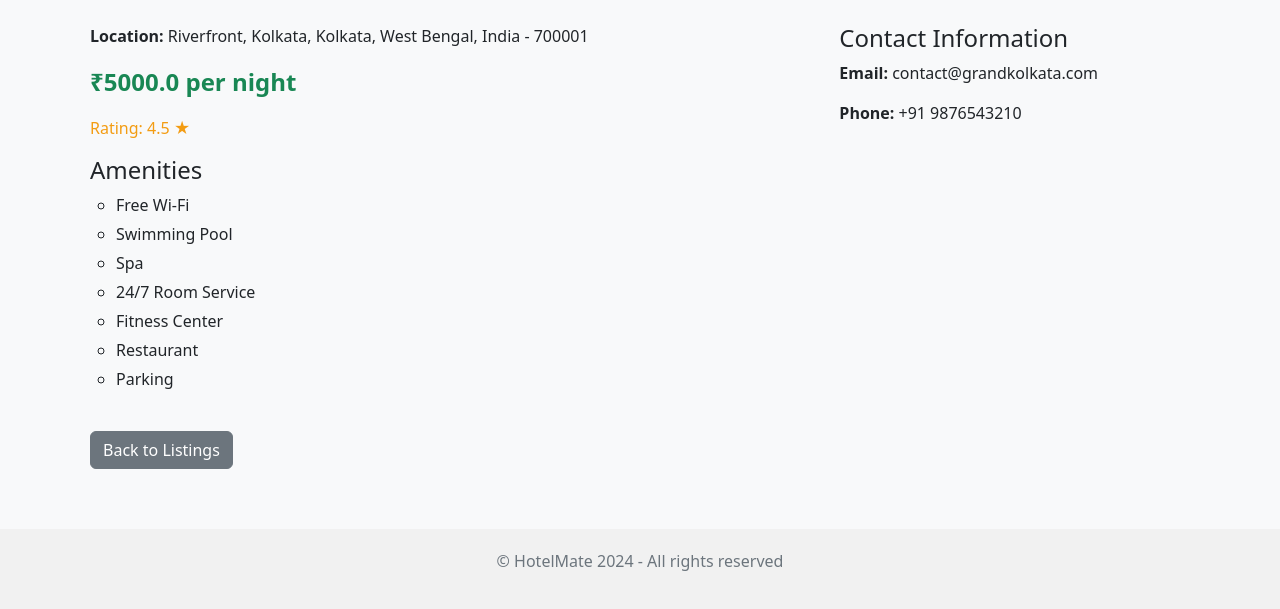
Repository: himanshu2k23/HoteMate
Page: http://localhost/HotelMate/details.jsp
The author's editor kept a copy of each file at every save. The page is drawn from the files as they stood at one save, then again after the next save.
The browser window is 1280 px wide. The pictures show the part of the page from y = 706 to 1339 px (the page is 1315 px tall before and 1339 px after).
The page is served by Tomcat 10. Other server files are loaded and not shown.

Above is the page before, as saved 2025-01-13 19:04:44.

### HotelMate/src/main/webapp/details.jsp
<%@ page contentType="text/html;charset=UTF-8" language="java"%>
<!DOCTYPE html>
<html lang="en">
<head>
<meta charset="UTF-8">
<meta name="viewport" content="width=device-width, initial-scale=1.0">
<title>Hotel Details - HotelMate</title>
<!-- Bootstrap CSS -->
<link
	href="https://cdn.jsdelivr.net/npm/bootstrap@5.3.0/dist/css/bootstrap.min.css"
	rel="stylesheet">
<style>
body {
	background-color: #f8f9fa;
}

.hotel-details-container {
	margin-top: 100px;
	margin-bottom: 40px;
	padding: 20px;
}

.price {
	font-size: 1.5rem;
	font-weight: bold;
	color: #198754;
}

.rating {
	color: #f39c12;
}

.amenities-list {
	margin-left: 26px;
	list-style-type: circle;
	padding: 0;
}

.amenities-list li {
	margin-bottom: 5px;
}

.carousel-item img {
	height: 500px;
	object-fit: cover;
	border-radius: 15px;
}
</style>
</head>
<body>

	<!-- Navbar -->
	<%@ include file="/Components/navbar.jsp"%>
	<%
	// Sample hotel data
	String name = "The Grand Kolkata";
	String description = "A luxurious five-star hotel offering breathtaking views of the river and world-class amenities.";
	String location = "Riverfront, Kolkata";
	String city = "Kolkata";
	String state = "West Bengal";
	String country = "India";
	String zipCode = "700001";
	double pricePerNight = 5000.0;
	float rating = 4.5f;
	String amenities = "Free Wi-Fi, Swimming Pool, Spa, 24/7 Room Service, Fitness Center, Restaurant, Parking";
	String contactEmail = "contact@grandkolkata.com";
	String contactPhone = "+91 9876543210";
	String images = "https://picsum.photos/400/300?random=1, https://picsum.photos/400/300?random=7, https://picsum.photos/400/300?random=8";

	// Split image URLs into an array
	String[] imageUrls = images.split(",");
	%>

	<div class="container hotel-details-container">
		<h2><%=name%></h2>
		<p><%=description%></p>


		<!-- Carousel for Images -->
		<div id="carousel49" class="carousel slide" data-bs-ride="carousel">
			<div class="carousel-inner">
				<%
				for (int i = 0; i < imageUrls.length; i++) {
					String image = imageUrls[i].trim();
				%>
				<div class="carousel-item <%=(i == 0) ? "active" : ""%>">
					<img src="<%=image%>" class="d-block w-100" alt="<%=name%>">
				</div>
				<%
				}
				%>
			</div>
			<%
			if (imageUrls.length > 1) {
			%>
			<button class="carousel-control-prev" type="button"
				data-bs-target="#carousel49" data-bs-slide="prev">
				<span class="carousel-control-prev-icon" aria-hidden="true"></span>
				<span class="visually-hidden">Previous</span>
			</button>
			<button class="carousel-control-next" type="button"
				data-bs-target="#carousel49" data-bs-slide="next">
				<span class="carousel-control-next-icon" aria-hidden="true"></span>
				<span class="visually-hidden">Next</span>
			</button>
			<%
			}
			%>
		</div>

		<!-- Hotel Information -->
		<div class="row mt-4">
			<div class="col-md-8">

				<p>
					<strong>Location:</strong>
					<%=location%>,
					<%=city%>,
					<%=state%>,
					<%=country%>
					-
					<%=zipCode%></p>
				<p class="price">
					₹<%=pricePerNight%>
					per night
				</p>
				<p class="rating">
					Rating:
					<%=rating%>
					★
				</p>

				<h4>Amenities</h4>
				<ul class="amenities-list">
					<%
					String[] amenitiesList = amenities.split(",");
					for (String amenity : amenitiesList) {
						amenity = amenity.trim();
					%>
					<li><%=amenity%></li>
					<%
					}
					%>
				</ul>
			</div>

			<div class="col-md-4">
				<h4>Contact Information</h4>
				<p>
					<strong>Email:</strong>
					<%=contactEmail%></p>
				<p>
					<strong>Phone:</strong>
					<%=contactPhone%></p>
			</div>
		</div>

		<a href="hotelList.jsp" class="btn btn-secondary mt-4">Back to
			Listings</a>
	</div>

	<!-- Footer -->
	<%@ include file="/Components/footer.jsp"%>

	<!-- Bootstrap JS (Popper.js included) -->
	<script
		src="https://cdn.jsdelivr.net/npm/@popperjs/core@2.11.7/dist/umd/popper.min.js"></script>
	<script
		src="https://cdn.jsdelivr.net/npm/bootstrap@5.3.0/dist/js/bootstrap.min.js"></script>
</body>
</html>

### HotelMate/src/main/webapp/Components/navbar.jsp
<nav class="navbar navbar-expand-lg"
	style="background-color: #343a40; border-radius: 15px; padding: 10px 20px; box-shadow: 0px 4px 12px rgba(0, 0, 0, 0.2); margin: 10px; position: fixed; top: 0px; width: calc(100% - 20px); z-index: 1000;">
	<div class="container-fluid">
		<!-- Logo and Brand Name -->
		<a class="navbar-brand text-light d-flex align-items-center"
			href="index.jsp"> <img
			src="http://localhost:8080/HotelMate/Images/HotelmateLogo.png"
			alt="Logo" width="80" height="60"
			class="d-inline-block align-text-top"> <span
			class="nav-link text-light active">HotelMate</span>
		</a>

		<!-- Toggler button for smaller screens -->
		<button class="navbar-toggler" type="button" data-bs-toggle="collapse"
			data-bs-target="#navbarNav" aria-controls="navbarNav"
			aria-expanded="false" aria-label="Toggle navigation"
			style="border-color: #f8f9fa;">
			<span class="navbar-toggler-icon" style="color: #f8f9fa;"></span>
		</button>

		<!-- Navbar Links -->
		<div class="collapse navbar-collapse" id="navbarNav">

			<script>
				// Scroll functionality
				function scrollToFeatures(event) {
					event.preventDefault();
					localStorage.setItem('scrollToFeatures', 'true');
					window.location.href = "index.jsp";
				}

				function scrollToContact(event) {
					event.preventDefault();
					localStorage.setItem('scrollToContact', 'true');
					window.location.href = "index.jsp";
				}

				// Logic to dynamically toggle login/logout
				window.addEventListener('DOMContentLoaded', () => {
					const navRight = document.querySelector('.navbar-nav.ms-auto');
					navRight.innerHTML = ''; // Clear the default buttons

					if (localStorage.getItem('HasLoggedIn') === 'true') {
						// Show dropdown if logged in
						navRight.innerHTML = `
							<li class="nav-item dropdown">
							<a class="nav-link dropdown-toggle text-light" href="#" id="userDropdown" role="button"
							data-bs-toggle="dropdown" aria-expanded="false">
							<i class="bi bi-person-circle" style="font-size: 2rem;"></i>
						</a>

								<ul class="dropdown-menu dropdown-menu-end" aria-labelledby="userDropdown">
									<li><a class="dropdown-item" href="mybookings.jsp">My Bookings</a></li>
									<li><hr class="dropdown-divider"></li>
									<li><a class="dropdown-item" href="#" onclick="logout()">Logout</a></li>
								</ul>
							</li>
						`;
					} else {
						// Show login and signup if not logged in
						navRight.innerHTML = `
							<li class="nav-item"><a class="nav-link login-btn" href="login.jsp">Login</a></li>
							<li class="nav-item"><a class="nav-link signup-btn" href="signup.jsp">Sign Up</a></li>
						`;
					}
				});

				// Logout function
				function logout() {
					localStorage.removeItem('HasLoggedIn');
					window.location.href = 'index.jsp';
				}
			</script>

			<ul class="navbar-nav me-auto">
				<li class="nav-item"><a
					class="nav-link text-light active hover-effect" aria-current="page"
					href="index.jsp">Home</a></li>
				<li class="nav-item"><a
					class="nav-link text-light hover-effect" href="#"
					onclick="scrollToFeatures(event)">Features</a></li>
				<li class="nav-item"><a
					class="nav-link text-light hover-effect" href="HotelDataServlet">Hotels</a></li>
				<li class="nav-item"><a
					class="nav-link text-light hover-effect" href="#"
					onclick="scrollToContact(event)">Contact Us</a></li>
			</ul>

			<!-- Login/Sign Up or Account Dropdown -->
			<ul class="navbar-nav ms-auto gap-3"></ul>
		</div>
	</div>
</nav>

<style>
.hover-effect {
	transition: color 0.3s ease, background-color 0.3s ease;
}

.hover-effect:hover {
	color: #97CC04 !important;
}

.login-btn, .signup-btn {
	background-color: #97CC04;
	color: #fff;
	border-radius: 5px;
	padding: 8px 15px;
	transition: background-color 0.3s ease;
}

.login-btn:hover, .signup-btn:hover {
	background-color: #76b302;
	color: #fff;
}
</style>

### HotelMate/src/main/webapp/Components/footer.jsp
<style>
.footer {
	padding: 20px 0;
	background-color: #f1f1f1;
	text-align: center;
}
</style>

<div class='footer' id="footer">
	<p class="text-center text-secondary">© HotelMate 2024 - All
		rights reserved</p>
</div>

After the next save:
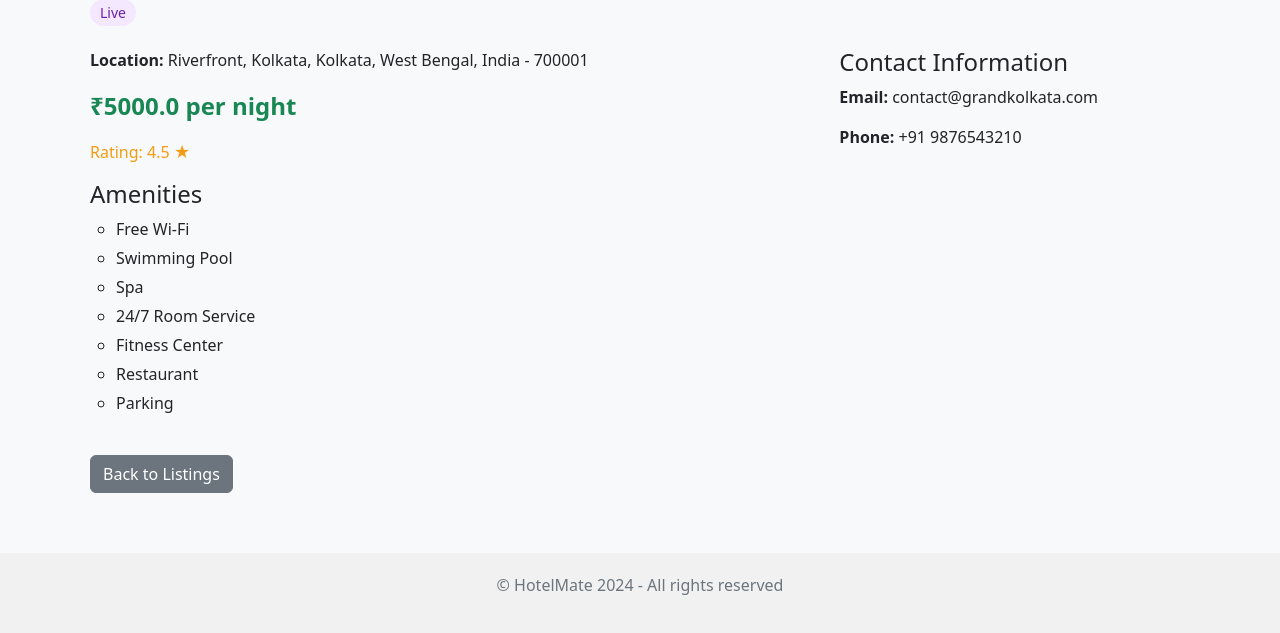
Saved 4 min 16 s later.
--- a/HotelMate/src/main/webapp/details.jsp
+++ b/HotelMate/src/main/webapp/details.jsp
@@ -15,9 +15,9 @@ body {
 }
 
 .hotel-details-container {
-	margin-top: 100px;
+	margin-top: 100px; margin-bottom : 40px;
+	padding: 20px;
 	margin-bottom: 40px;
-	padding: 20px;
 }
 
 .price {
@@ -109,6 +109,10 @@ body {
 		</div>
 
 		<!-- Hotel Information -->
+		<span
+			style="white-space: nowrap; border-radius: 9999px; background-color: #f3e8ff; padding: 0.25rem 0.625rem; font-size: 0.875rem; color: #6b21a8;">
+			Live </span>
+
 		<div class="row mt-4">
 			<div class="col-md-8">
 
